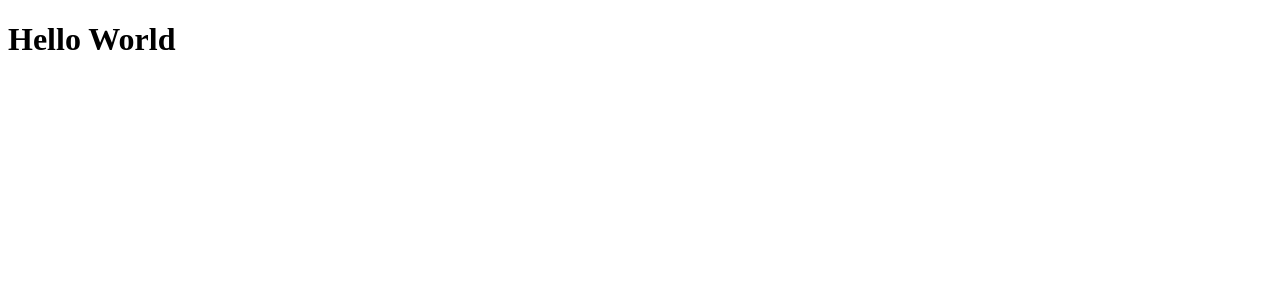
Repository: Dimitris2031/Restaurant-Front-page
Page: / (app in webpack-practice/)
The author's editor kept a copy of each file at every save. The page is drawn from the files as they stood at one save, then again after the next save.
The browser window is 1280 px wide. The pictures show the whole page.
The project was rebuilt for these pictures with package versions that can differ from the ones it lists, and the page was loaded fresh each time. Also part of the build but not shown: webpack-practice/webpack.config.js.

Above is the page before, as saved 2025-09-09 13:58:45.

After the next save:
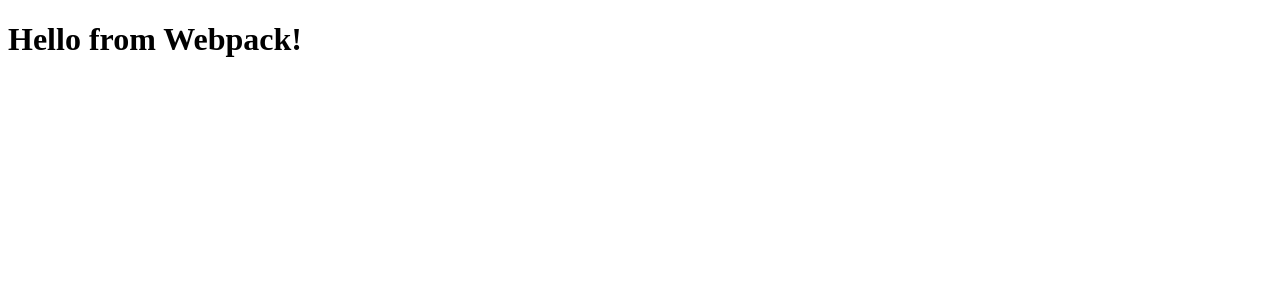
Saved 58 s later.
--- a/webpack-practice/src/template.html
+++ b/webpack-practice/src/template.html
@@ -2,10 +2,9 @@
 <html lang="en">
 <head>
   <meta charset="UTF-8">
-  <meta name="viewport" content="width=device-width, initial-scale=1.0">
-  <title>My App</title>
+  <title>Webpack Practice</title>
 </head>
 <body>
-  <h1>Hello World</h1>
+  <h1>Hello from Webpack!</h1>
 </body>
 </html>
